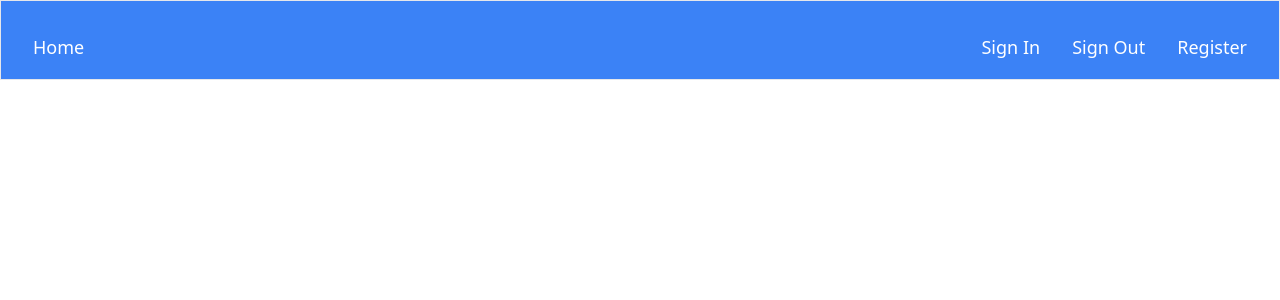
Repository: oderinde300/react-authentication-with-json-server
Page: /
The author's editor kept a copy of each file at every save. The page is drawn from the files as they stood at one save, then again after the next save.
The browser window is 1280 px wide. The pictures show the whole page.
The project was rebuilt for these pictures with package versions that can differ from the ones it lists, and the page was loaded fresh each time. Also part of the build but not shown: src/components/authentication/Login.jsx, src/pages/LoginPage.jsx.

Above is the page before, as saved 2023-03-22 12:34:25.

After the next save:
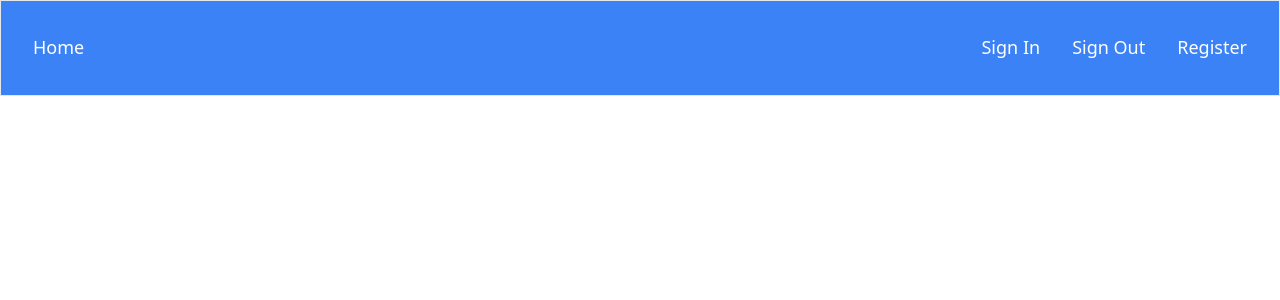
Saved 7 s later.
--- a/src/App.js
+++ b/src/App.js
@@ -6,7 +6,7 @@ function App() {
   return (
     <div>
       <header className="fixed w-full ">
-        <nav className="border py-8 flex justify-between px-8 text-lg text-white bg-blue-500 h-[5rem]">
+        <nav className="border py-8 flex justify-between px-8 text-lg text-white bg-blue-500 h-[6rem]">
           <p className="">Home</p>
           <ul className="flex  ">
             <li className="mx-4 ">Sign In</li>
